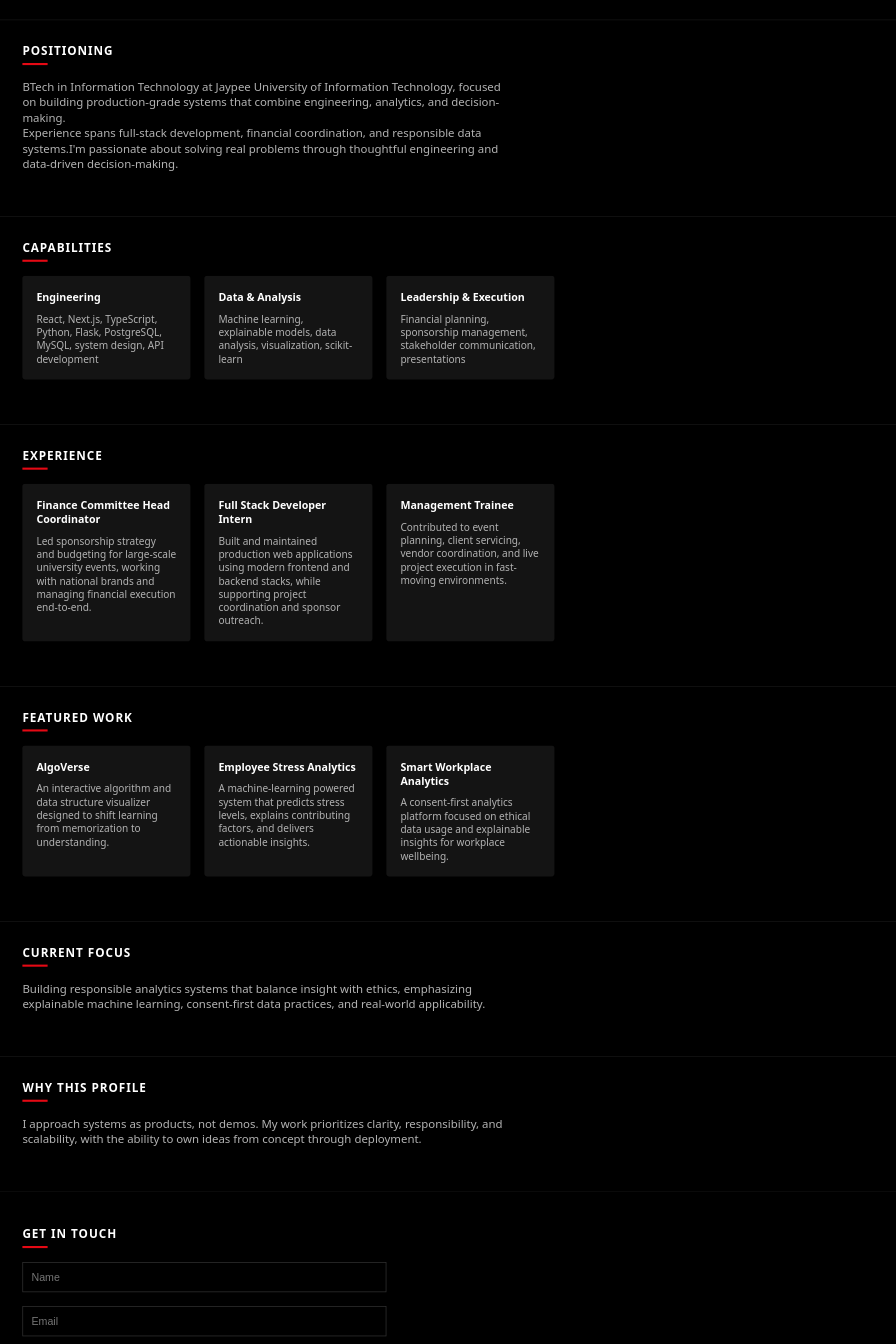
Repository: PratapOP/main-portfolio
Page: / (app in frontend/)
The author's editor kept a copy of each file at every save. The page is drawn from the files as they stood at one save, then again after a run of saves.
The browser window is 1280 px wide. The pictures show the part of the page from y = 620 to 2540 px (the page is 2800 px tall before and 2844 px after), at 70% of full size.
The project was rebuilt for these pictures with package versions that can differ from the ones it lists, and the page was loaded fresh each time. Also part of the build but not shown: frontend/vite.config.js.

Above is the page before, as saved 2026-01-01 18:52:46.

After the next 3 saves:
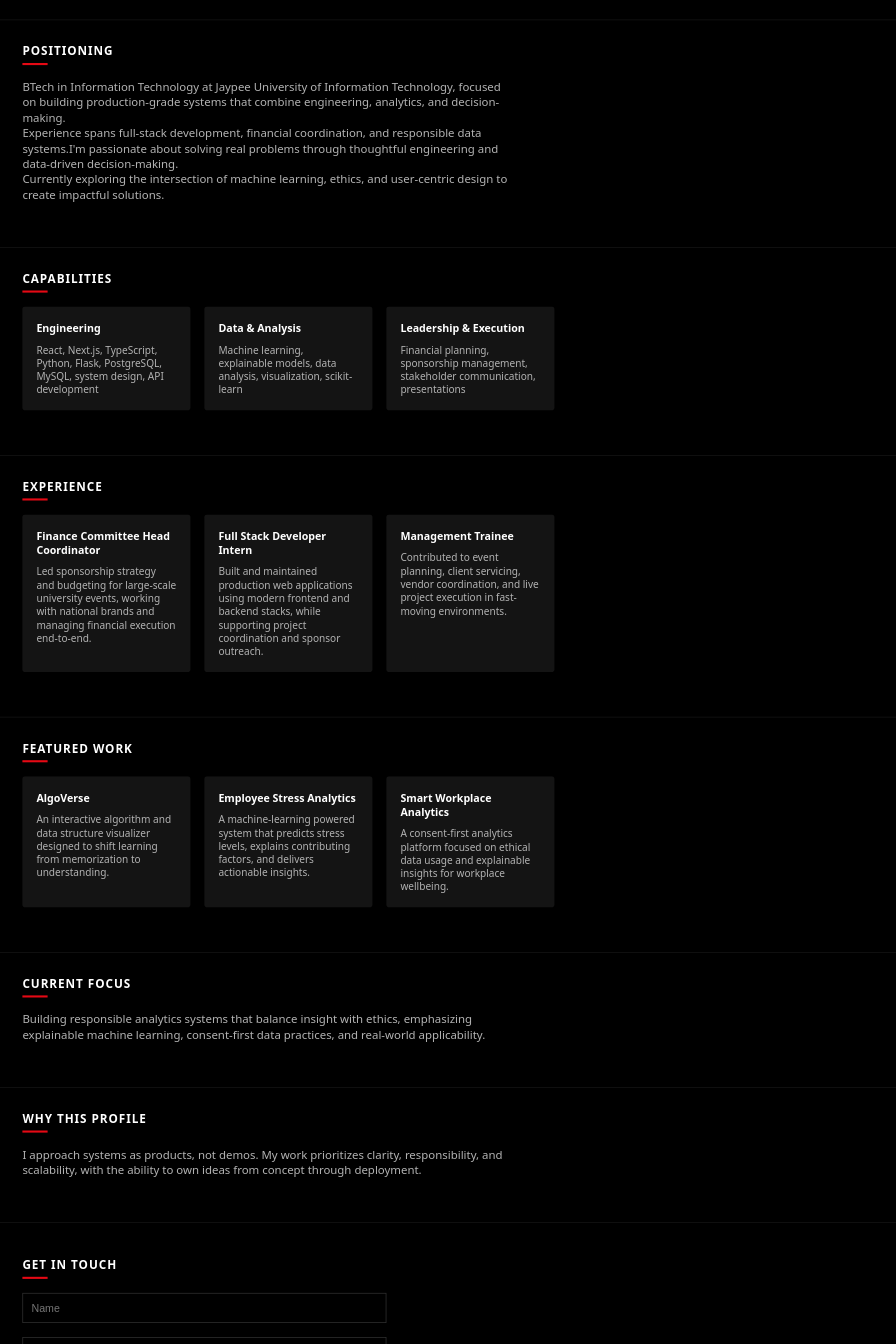
The 3 saves are shown as one change because they came seconds apart.
The last was saved 24 s later.
--- a/frontend/src/sections.jsx
+++ b/frontend/src/sections.jsx
@@ -58,6 +58,7 @@
             Experience spans full-stack development, financial coordination,
             and responsible data systems.I'm passionate about solving real problems through thoughtful engineering and data-driven decision-making.
             <br/>
+            Currently exploring the intersection of machine learning, ethics, and user-centric design to create impactful solutions.
 
             </p>
         </div>
